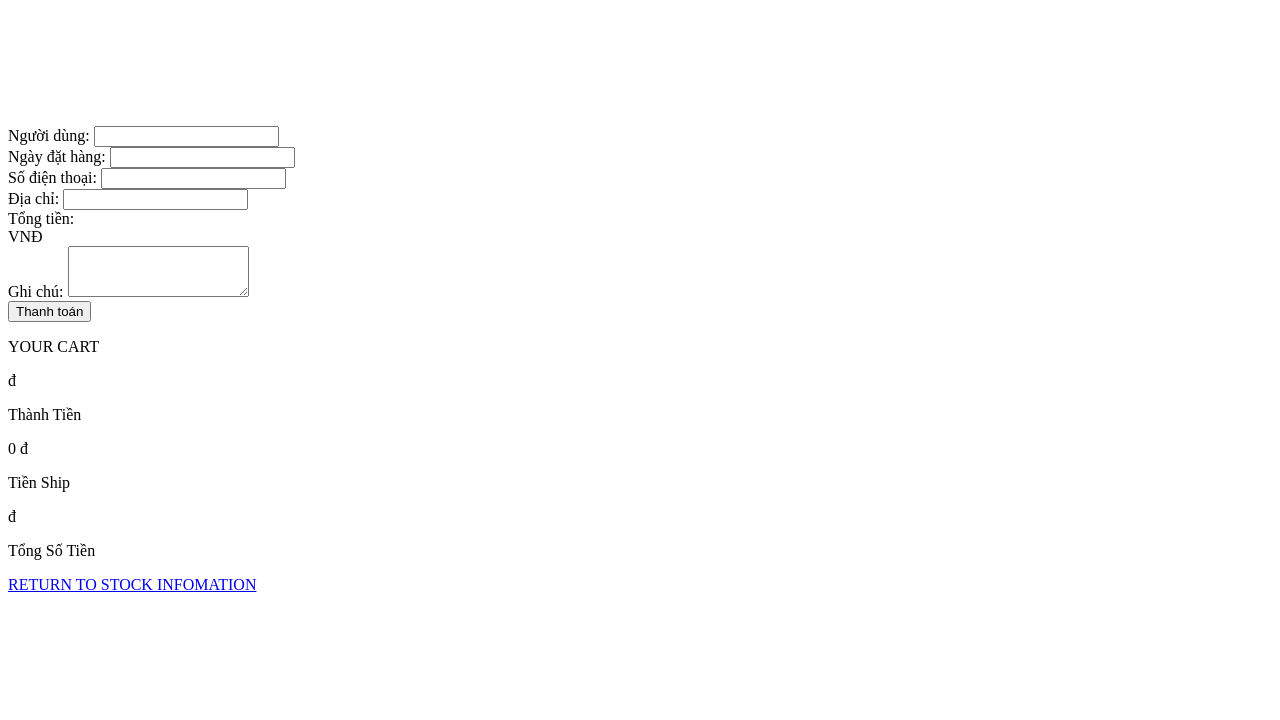
Repository: nguyengiabao245/NHOM3_C2
Page: http://localhost/DoAnJava/WEB-INF/views/order/checkout.jsp
These files come from the project's save history. The page is drawn as it stood at one moment and after the next save; the edit follows.
The browser window is 1280 px wide. The pictures show the whole page.
The page is served by Tomcat 9. Nobody is signed in. The template is opened directly, without the code that normally fills it, so the values that code supplies are empty.

Above is the page before, as saved 2022-05-15 11:38:40.

### DoAnJava/src/main/webapp/WEB-INF/views/order/checkout.jsp
<%@ page pageEncoding="utf-8"%>
<%@ taglib uri="http://www.springframework.org/tags/form" prefix="form"%>
<%@ taglib uri="http://java.sun.com/jstl/core_rt" prefix="c"%>
<%@ taglib uri="http://java.sun.com/jstl/fmt_rt" prefix="f"%>

<c:set var="cart" value="${sessionScope['scopedTarget.cartService']}" />

<br />
<div id="container" style="margin-top: 100px">
	<div class="container detail wrap-checkout">
		<div class="checkout__inner clearfix">
			<form:form action="/order/checkout" method="post">
				<input type="hidden" name="_token"
					value="WwS4chS7vtWOuA8te4iiV86RL3g9t99gD9rYDqPa">
				<div class="checkout__infor">
					<div class="checkout__infor__user step-checkout">



						<div class="dang-nhap" style="margin-top:80px">

		<form:form action="/order/checkout" modelAttribute="order"
			method="post">

			<div class="form-group">
				<label>Người dùng:</label>
				<form:input path="user.id" class="form-control" readonly="true" />
			</div>
			<div class="form-group">
				<label>Ngày đặt hàng:</label>
				<form:input path="orderDate" class="form-control" />
			</div>
			<div class="form-group">
				<label>Số điện thoại:</label>
				<form:input path="telephone" class="form-control" />
			</div>
			<div class="form-group">
				<label>Địa chỉ:</label>
				<form:input path="address" class="form-control" />
			</div>
			<div class="form-group">

				<form:hidden path="status" class="form-control" />
			</div>
			<div class="form-group">
				<label>Tổng tiền:</label>
				<form:hidden path="amount" class="form-control" />
				<div class="form-control">
					<f:formatNumber value="${cart.amount}" pattern="#,###" />
					VNĐ
				</div>
			</div>
			<div class="form-group">
				<label>Ghi chú:</label>
				<form:textarea path="description" rows="3" class="form-control" />
			</div>
			<div class="form-group">
				<button class="btn btn-success">Thanh toán</button>

			</div>
		</form:form>
	</div>
					</div>
				</div>
				<div class="checkout__inforpro">
					<p class="font-700 mgB-30 text-center fs-17">YOUR CART</p>
					<c:forEach var="p"
						items="${sessionScope['scopedTarget.cartService'].items}">

						<div class="clearfix checkout__inforpro-detail 23323">
							<div class="font-600 fs-14 mgB-10">
								<a href="/product/detail/${p.id}"> ${p.name} </a>
							</div>

							<div class="font-600 fs-11 justifyAround mgB-5">
								<em>SIZE:</em>
								<div>6.5W US</div>
							</div>
							<div class="up__down--qty font-600 fs-11 justifyAround">
								<em>QTY:</em>
								<div>

									<span class="qty__val">${p.quantity}</span>
									<input name="quantity_select" class="quantity_select"
										type="hidden" value="1">
								</div>
							</div>
							<div class="font-600 fs-11 justifyAround mgB-5">
								<em>Thành Tiền:</em>
								<div>
									đ
									<f:formatNumber value="${p.quantity * p.unitPrice}" pattern="#,###" />
								</div>
							</div>
							<div class="font-600 fs-11 justifyAround mgB-5">
								<em>Giá Đã Giảm:</em>
								<div>đ <f:formatNumber value="${p.unitPrice * (1 - p.discount)}" pattern="#,###" /></div>
							</div>
							<div class="promoCode">
								<a href="" class="removeCoupon hide"><span
									class="icon-uniF335"></span></a>
								<div class="frm-item">
									<input type="text" placeholder="PROMO CODE"
										name="coupon_code[37473]" value="">
									<div class="error">Mã Khuyến Mãi không phù hợp</div>
								</div>
								<div class="btnApply">
									<button>APPLY</button>
								</div>
							</div>
						</div>
					</c:forEach>
					<div class="clearfix mgB-10">
						<p class="pull-right font-600 fs-12">đ <f:formatNumber value="${cart.amount}" pattern="#,###" /></p>
						<p class="font-600 fs-12">Thành Tiền</p>
					</div>

					<div class="clearfix mgB-10">
						<p class="pull-right font-700 fs-12">0 đ</p>
						<p class="font-700 fs-12">Tiền Ship</p>
					</div>
					<div class="clearfix mgB-40">
						<p class="pull-right font-700 fs-17">đ <f:formatNumber value="${cart.amount}" pattern="#,###" /></p>
						<p class="font-700 fs-17">Tổng Số Tiền</p>
					</div>
					<div class="backLink">
						<a href="/home"><span
							class="glyphicon glyphicon-menu-left"></span>RETURN TO STOCK INFOMATION</a>
					</div>

				</div>
			</form:form>
		</div>
	</div>
</div>

After the next save:
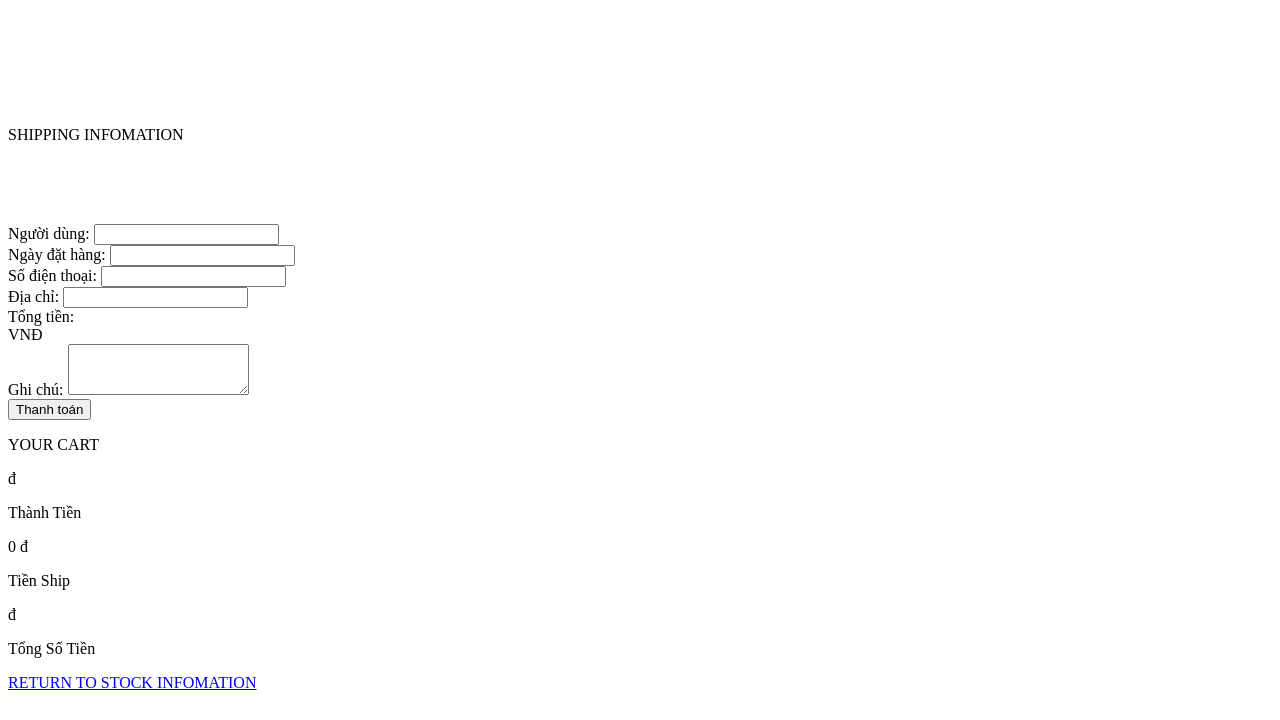
Saved 77 s later.
--- a/DoAnJava/src/main/webapp/WEB-INF/views/order/checkout.jsp
+++ b/DoAnJava/src/main/webapp/WEB-INF/views/order/checkout.jsp
@@ -10,12 +10,10 @@
 	<div class="container detail wrap-checkout">
 		<div class="checkout__inner clearfix">
 			<form:form action="/order/checkout" method="post">
-				<input type="hidden" name="_token"
-					value="WwS4chS7vtWOuA8te4iiV86RL3g9t99gD9rYDqPa">
 				<div class="checkout__infor">
 					<div class="checkout__infor__user step-checkout">
-
-
+<div class="checkout__infor__user__shipping">
+						 <p class="font-700 mgB-20 fs-24 mgT-20">SHIPPING INFOMATION</p>
 
 						<div class="dang-nhap" style="margin-top:80px">
 
